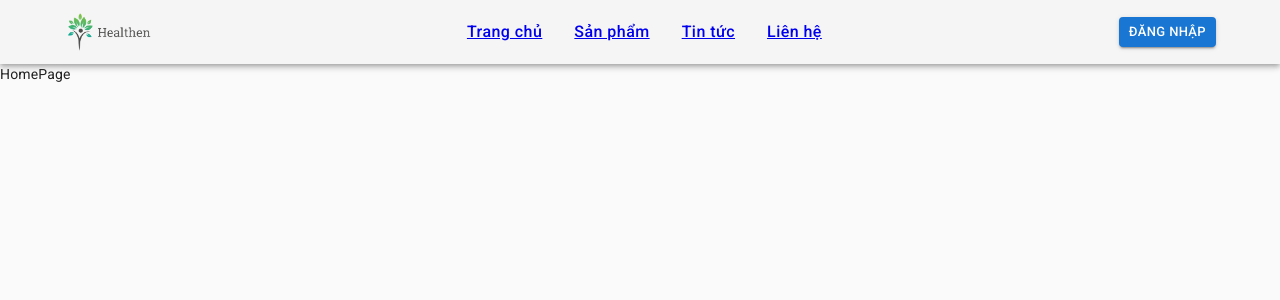
Repository: ndtrung341/Bao_Cao_PTW
Page: / (app in client/)
These files come from the project's save history. The page is drawn as it stood at one moment and after the next save; the edit follows.
The browser window is 1280 px wide. The pictures show the whole page.
The project was rebuilt for these pictures with package versions that can differ from the ones it lists, and the page was loaded fresh each time. Also part of the build but not shown: client/src/App.css, client/src/features/cart/index.jsx.

Above is the page before, as saved 2022-03-24 14:55:38.

After the next save:
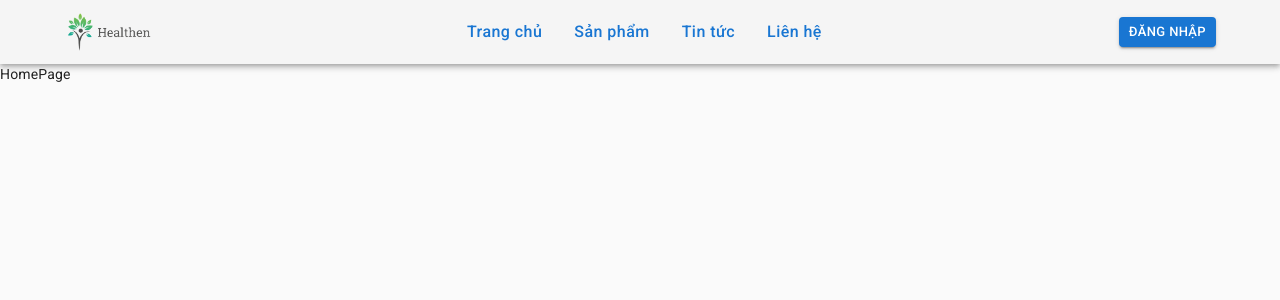
Saved 55 s later.
--- a/client/src/components/Header/HeaderMenu.jsx
+++ b/client/src/components/Header/HeaderMenu.jsx
@@ -11,12 +11,14 @@
       justifyContent: 'center',
       '&>button': {
          margin: theme.spacing(0, 1),
-         color: 'inherit',
          display: 'block',
-         textTransform: 'none',
-         textDecoration: 'none',
          fontSize: theme.typography.htmlFontSize,
       },
+   },
+   link: {
+      color: 'inherit',
+      textTransform: 'none',
+      textDecoration: 'none',
    },
 }));
 
@@ -78,7 +80,9 @@
          <Box sx={{ flexGrow: 1, flexShrink: 0, display: { xs: 'none', md: 'flex' } }} className={classes.menu}>
             {NAV_LINKS.map((item) => (
                <Button key={item.name} onClick={handleCloseNavMenu}>
-                  <NavLink to={item.path}>{item.name}</NavLink>
+                  <NavLink to={item.path} className={classes.link}>
+                     {item.name}
+                  </NavLink>
                </Button>
             ))}
          </Box>
